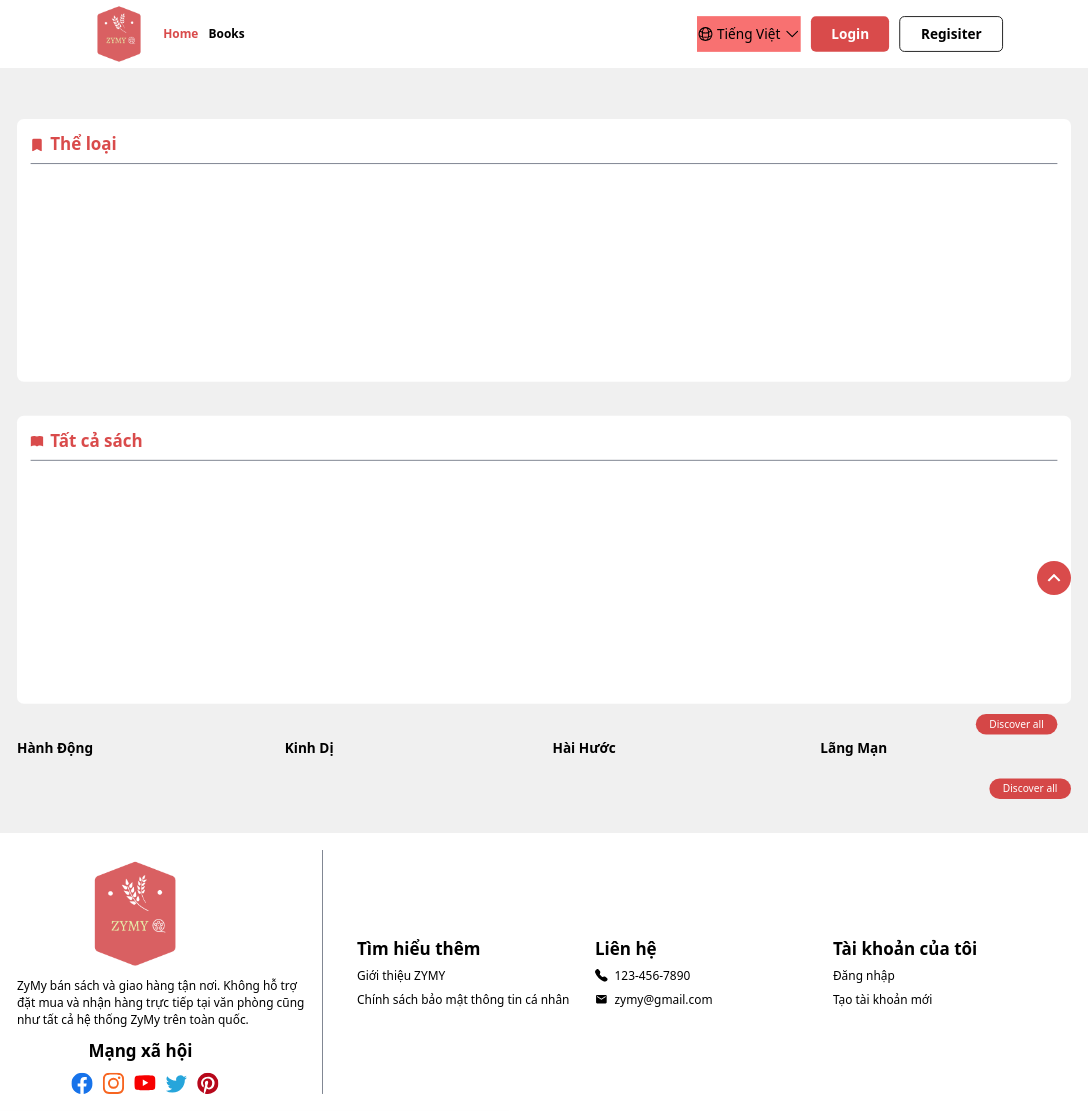
Repository: NguyenDinhThuyVy/website_selling_books
Page: / (app in FrontEnd/)
These files come from the project's save history. The page is drawn as it stood at one moment and after the next save; the edit follows.
The browser window is 1280 px wide. The pictures show the whole page, at 85% of full size.
The page's requests for data from a server got no answer. The project was rebuilt for these pictures with package versions that can differ from the ones it lists, and the page was loaded fresh each time. Some packages were replaced by stand-ins written for this rebuild. The framework's server and built-in components were replaced by stand-ins that run in the browser. No one was signed in, and anything a server would have sent is missing. Also part of the build but not shown: FrontEnd/next.config.js, FrontEnd/src/components/InforLogin/styles.scss, FrontEnd/src/components/InforLogin/index.jsx, FrontEnd/src/app/(default)/(public)/home/components/CategoryColumn/CategoryColumnContent/index.jsx, FrontEnd/src/styles/CategoryItem.scss, FrontEnd/src/app/(default)/(public)/home/components/CategoryItem/index.jsx, FrontEnd/src/app/(default)/(public)/home/components/BannerItem/index.jsx, FrontEnd/src/styles/BookItem.scss and 1 more.

Above is the page before, as saved 2023-12-29 14:59:59.

After the next save:
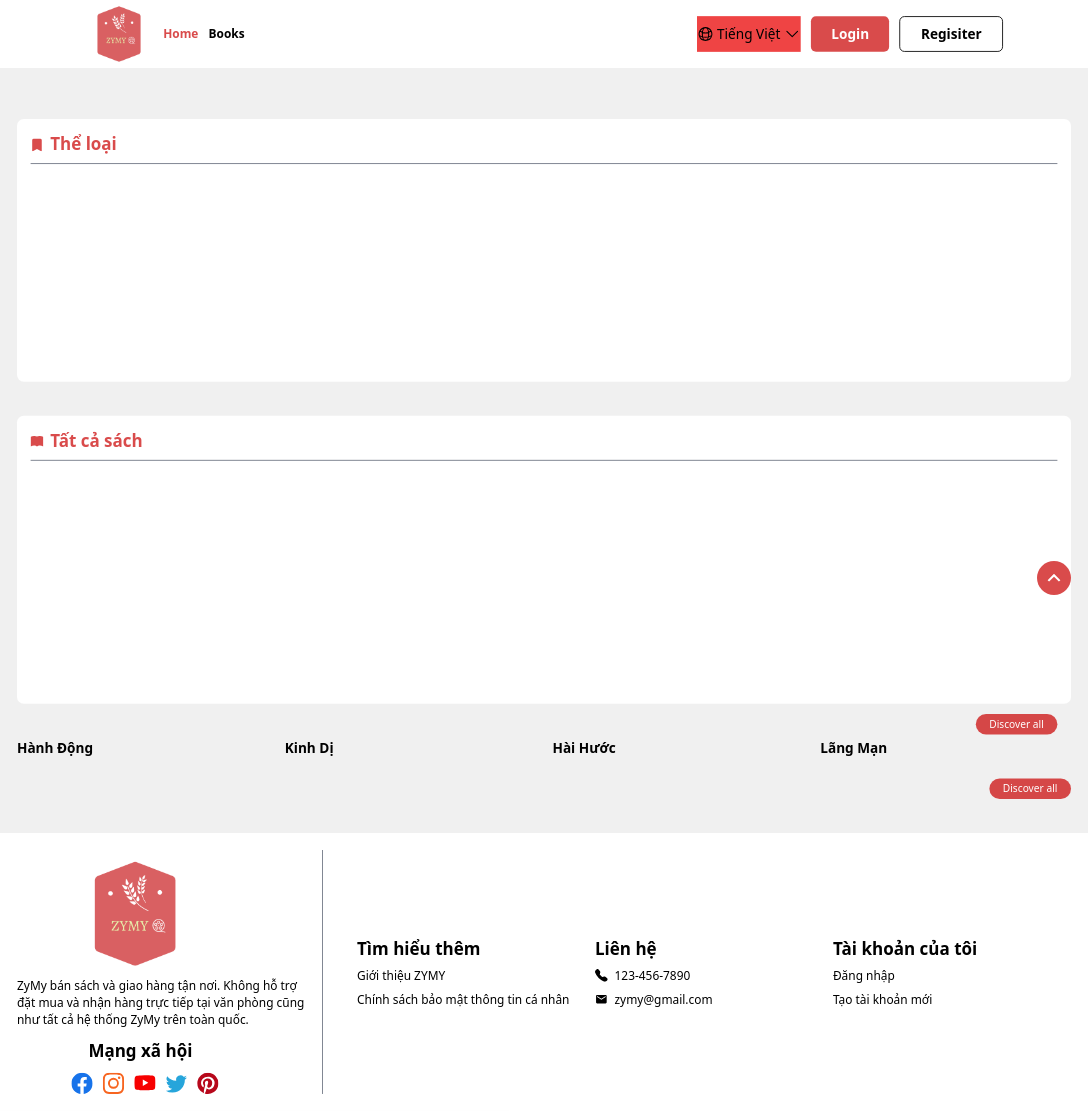
Saved 5 s later.
--- a/FrontEnd/src/components/layout/Header/index.jsx
+++ b/FrontEnd/src/components/layout/Header/index.jsx
@@ -103,7 +103,7 @@ export default function Header() {
         ) : (
           <>
             <Popover
-              className="flex items-center py-1 hover:text-gray-300 cursor-pointer  z-40 bg-red-400 "
+              className="flex items-center py-1 hover:text-gray-300 cursor-pointer  z-40 bg-red-500 "
               renderPopover={
                 <div className="bg-red-300 relative shadow-md rounded-sm border border-gray-200 z-40">
                   <div className="flex flex-col py-2 pr-28 pl-3">
